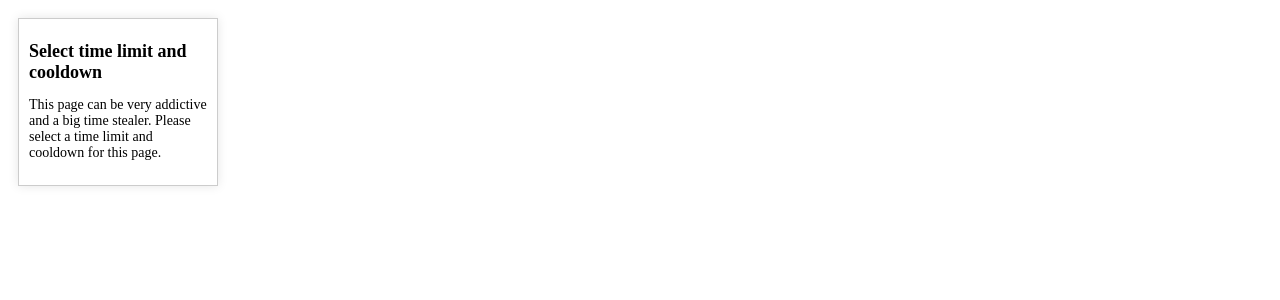
Repository: AndrlmMass/Time-management-chrome-extension
Page: popup2.html
The author's editor kept a copy of each file at every save. The page is drawn from the files as they stood at one save, then again after a run of saves.
The browser window is 1280 px wide. The pictures show the whole page.

Above is the page before, as saved 2023-08-24 20:30:48.

After the next 2 saves:
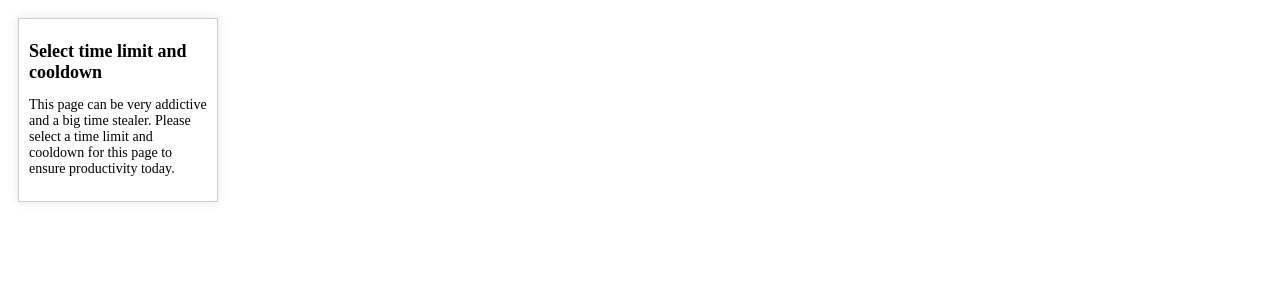
The 2 saves are shown as one change because they came seconds apart.
The last was saved 11 s later.
--- a/popup2.html
+++ b/popup2.html
@@ -8,7 +8,7 @@
 <body>
   <div id="popup-container">
     <h1>Select time limit and cooldown</h1>
-    <p>This page can be very addictive and a big time stealer. Please select a time limit and cooldown for this page.</p>
+    <p>This page can be very addictive and a big time stealer. Please select a time limit and cooldown for this page to ensure productivity today.</p>
     <button id="close-button">Close</button>
   </div>
 </body>
